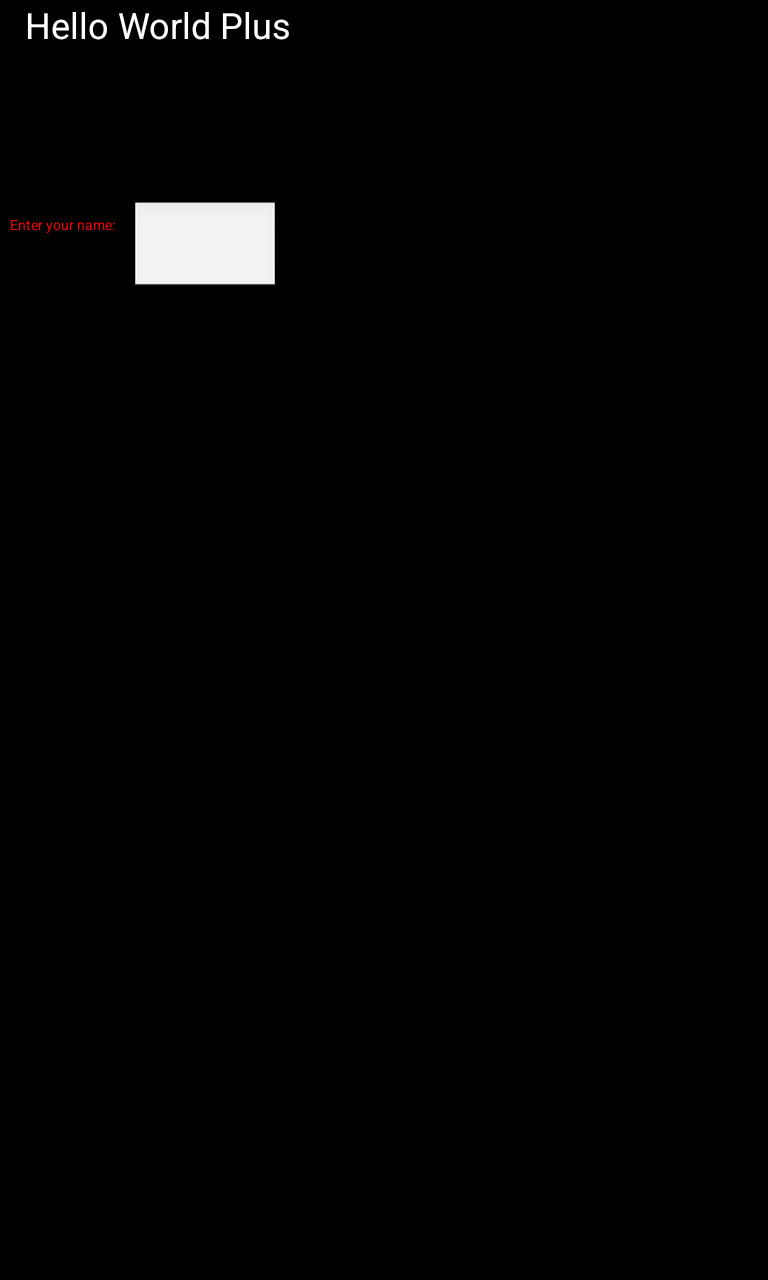
Repository: adatta02/comp194ma
Layout: hello_world/res/layout/main.xml
These files come from the project's save history. The layout is drawn as it stood at one moment and after the next save; the edit follows.
It is drawn on a 768 x 1280 px phone screen (xhdpi) without system bars, with theme android:Theme; the app's code is not run.

Above is the layout before, as saved 2009-02-04 20:24:38.

After the next save:
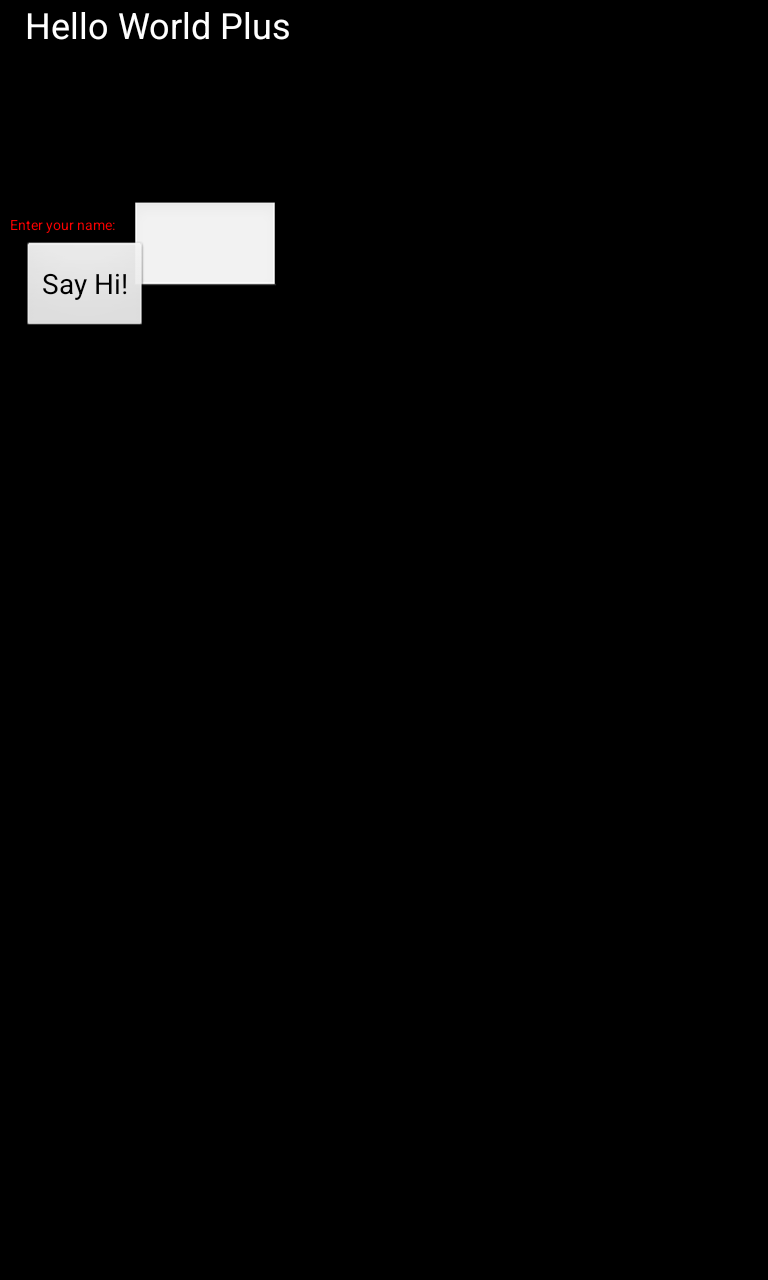
Saved 46 s later.
--- a/hello_world/res/layout/main.xml
+++ b/hello_world/res/layout/main.xml
@@ -3,4 +3,5 @@
 <AbsoluteLayout android:id="@+id/AbsoluteLayout01" android:layout_width="wrap_content" android:layout_height="wrap_content" xmlns:android="http://schemas.android.com/apk/res/android"><TextView android:id="@+id/TextView01" android:layout_width="wrap_content" android:text="Hello World Plus" android:textSize="36px" android:textColor="@color/white" android:layout_height="fill_parent" android:paddingLeft="25px"></TextView>
 <EditText android:id="@+id/EditText01" android:layout_width="wrap_content" android:layout_height="wrap_content" android:layout_y="200px" android:layout_x="130px" android:width="150px"></EditText>
 <TextView android:id="@+id/TextView02" android:layout_width="wrap_content" android:layout_height="wrap_content" android:text="Enter your name:" android:layout_y="215px" android:textColor="#FF0000" android:textSize="14px" android:layout_x="10px"></TextView>
+<Button android:id="@+id/Button01" android:layout_width="wrap_content" android:layout_height="wrap_content" android:text="Say Hi!" android:layout_x="20px" android:layout_y="240px"></Button>
 </AbsoluteLayout>
